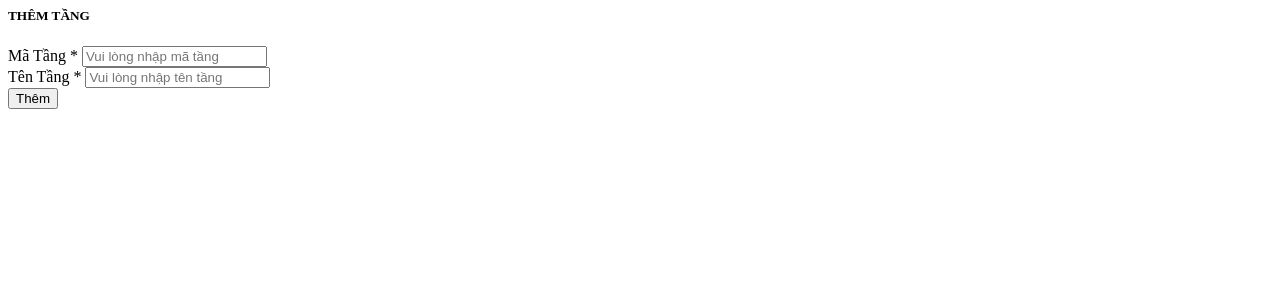
Repository: NguyenChienThangB1910143/QL_ChungCy
Page: http://localhost/tang/them
An editor plug-in stored every save of this project. The page is shown before and after the next save, followed by the edit.
The browser window is 1280 px wide. The pictures show the whole page.
The page is served by the project's Laravel application, run on PHP 8.4 with Laravel 10. The first stored user is signed in. The database holds what the project's SQL file puts in it.

Above is the page before, as saved 2023-08-22 15:17:40.

After the next save:
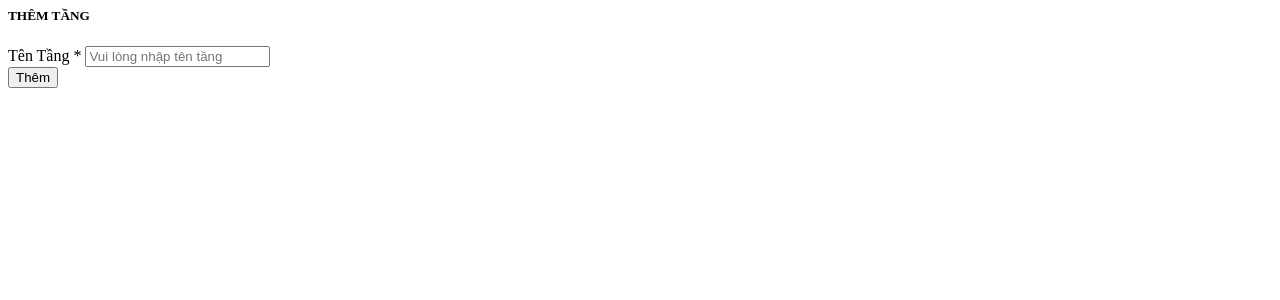
Saved 18 s later.
--- a/resources/views/tang/them.blade.php
+++ b/resources/views/tang/them.blade.php
@@ -4,12 +4,6 @@
         @csrf
         <div class="row">
             <h5 class="text-center" id="side12">THÊM TẦNG</h5>
-        </div>
-        <div class="mb-3 text-left">
-            <label class="form-label">Mã Tầng
-                <span id="colorIcon">*</span>
-            </label>
-            <input required class="form-control" type="text" name="id_tang" placeholder="Vui lòng nhập mã tầng">
         </div>
         <div class="mb-3">
             <label class="form-label">Tên Tầng
